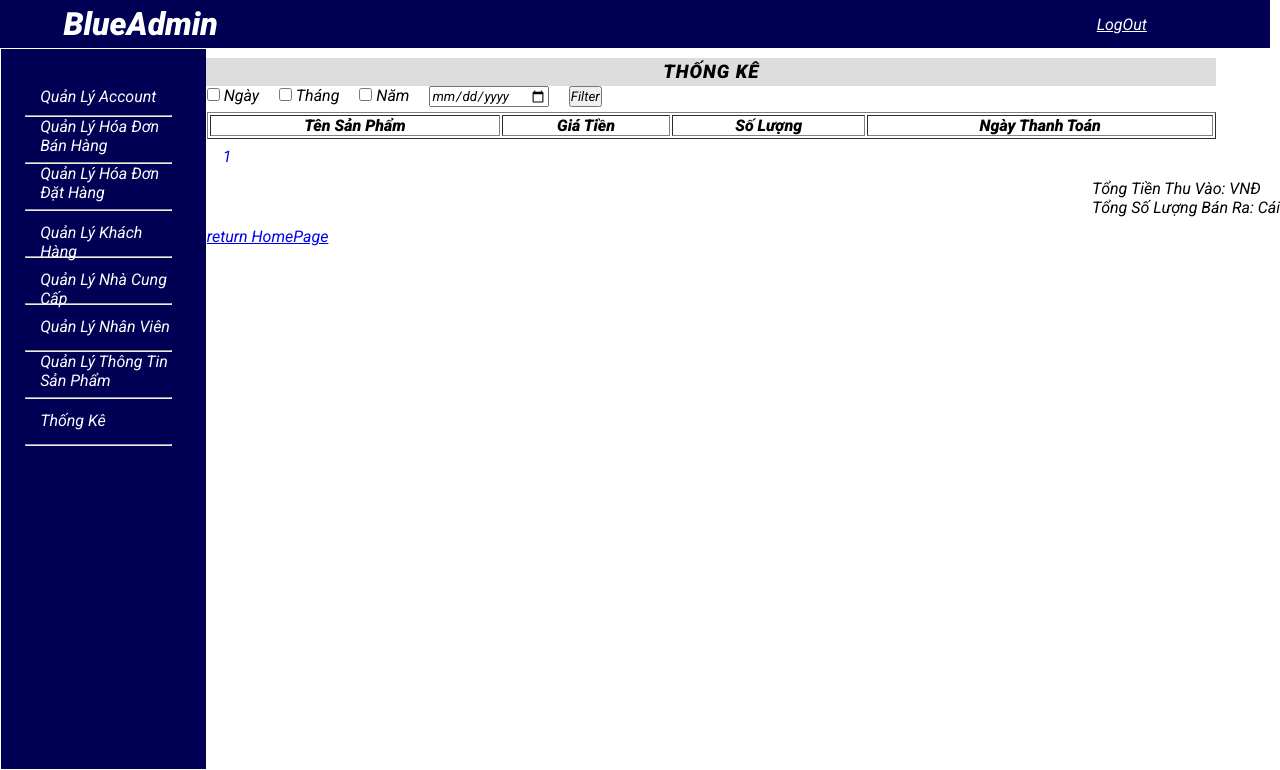
Repository: ngan429/WebsiteLaptop
Page: http://localhost/WebsiteLapTop/viewsnhanvien/ThongKeDB.jsp
These files come from the project's save history. The page is drawn as it stood at one moment and after the next save; the edit follows.
The browser window is 1280 px wide. The pictures show the whole page.
Some web libraries are served in a nearby version. The page is served by Tomcat 9. The template is opened directly, without the code that normally fills it, so the values that code supplies are empty.

Above is the page before, as saved 2021-12-02 16:00:37.
Console error: SyntaxError: Invalid or unexpected token
Not found: DoAnLapTop/WebsiteLapTop/WebsiteLapTop/css/

After the next save:
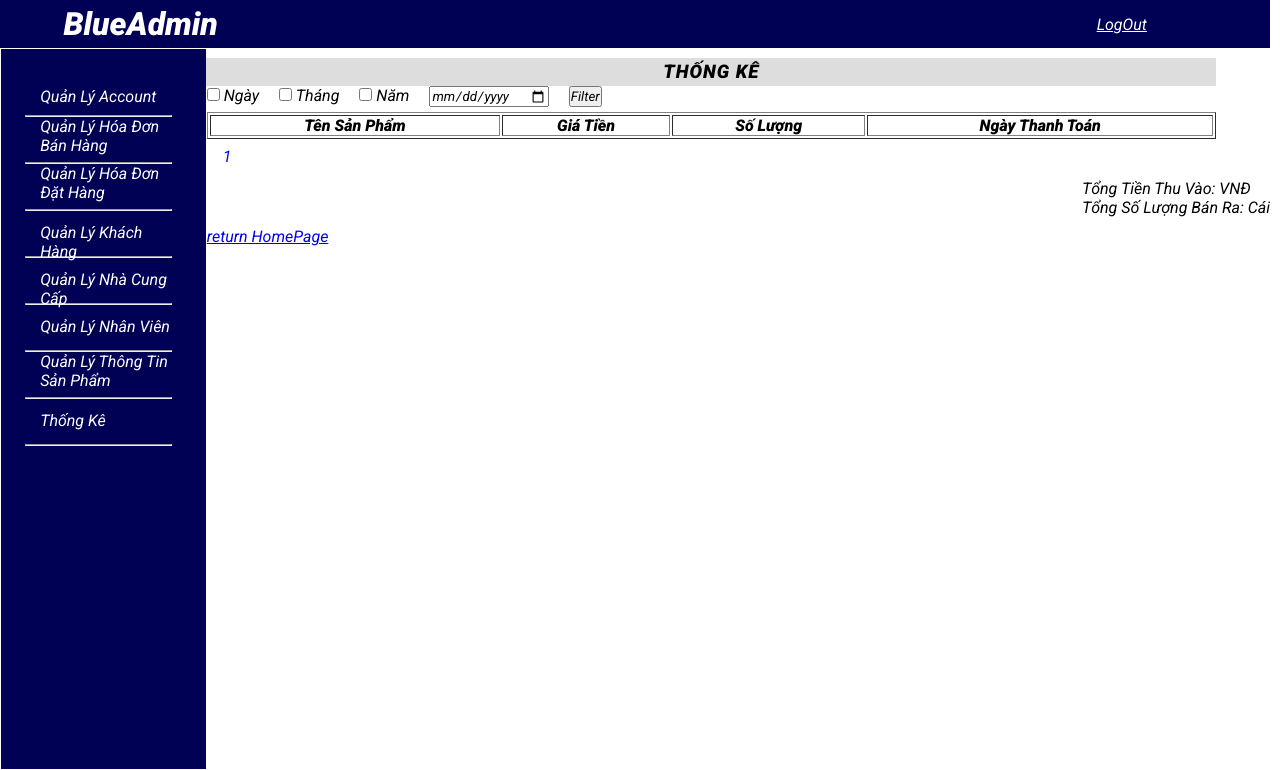
Saved 16 s later.
--- a/DoAnLapTop/WebsiteLapTop/WebContent/viewsnhanvien/ThongKeDB.jsp
+++ b/DoAnLapTop/WebsiteLapTop/WebContent/viewsnhanvien/ThongKeDB.jsp
@@ -177,7 +177,7 @@
 
 				</div>
 			</div>
-			<div style="display:flex;justify-content: right; margin-left:10px ">
+			<div style="display:flex;justify-content: right; margin-right:10px ">
 			<div>
 				<p>Tổng Tiền Thu Vào: ${tongtien} VNĐ</p>
 				<p>Tổng Số Lượng Bán Ra: ${tongsoluong} Cái</p></div>
